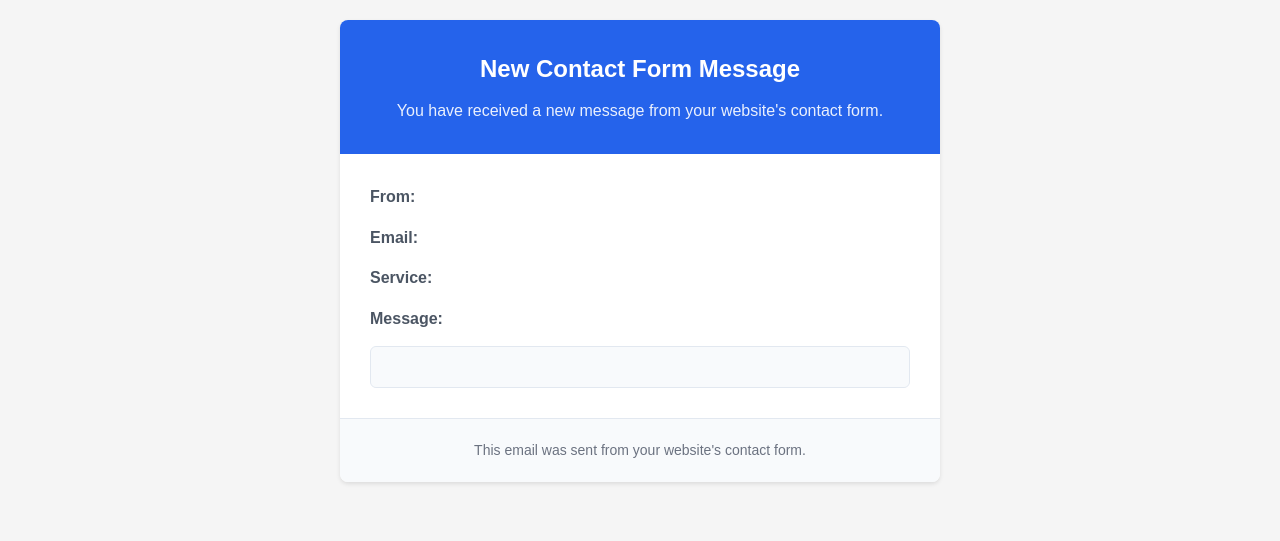
Repository: mrPractise/Susan-Portfolio
Page: templates/contact-email.html
An editor plug-in stored every save of this project. The page is shown before and after the next save, followed by the edit.
The browser window is 1280 px wide. The pictures show the whole page.
The page is served by the project's application, run on Django 5.2 (manage.py). The template is opened directly, without the code that normally fills it, so the values that code supplies are empty.

Above is the page before, as saved 2024-10-28 16:49:19.

After the next save:
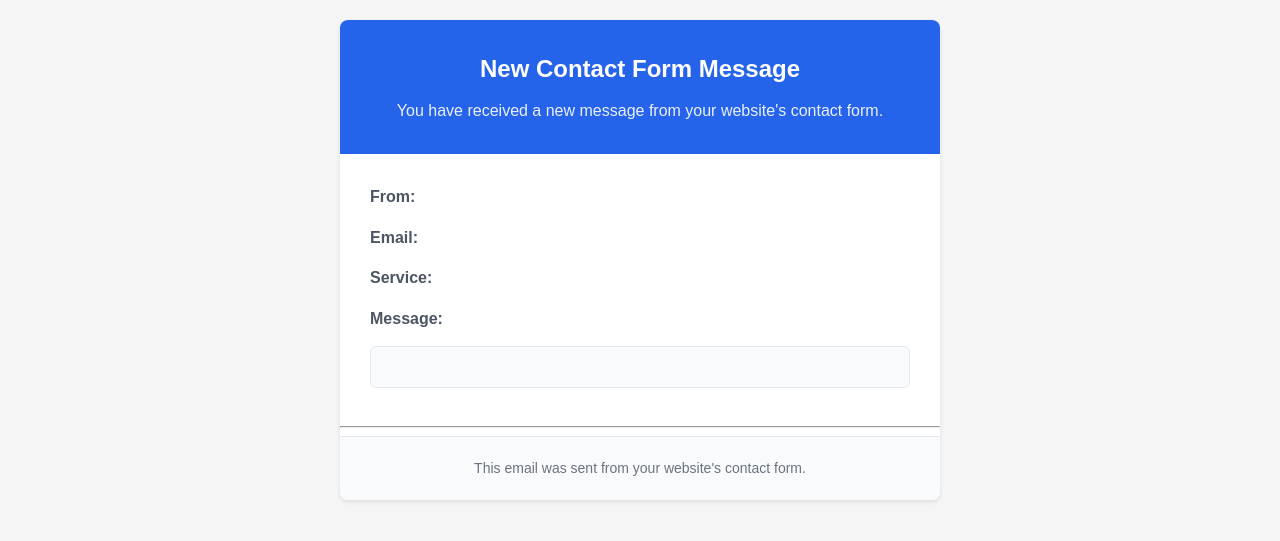
Saved 1 s later.
--- a/templates/contact-email.html
+++ b/templates/contact-email.html
@@ -21,7 +21,7 @@
             <p><span class="label">Message:</span></p>
             <div class="message-box">{{ message|capfirst }}</div>
         </div>
-    </hr>
+    <hr>
         <div class="message-footer">
             <p>This email was sent from your website's contact form.</p>
         </div>
